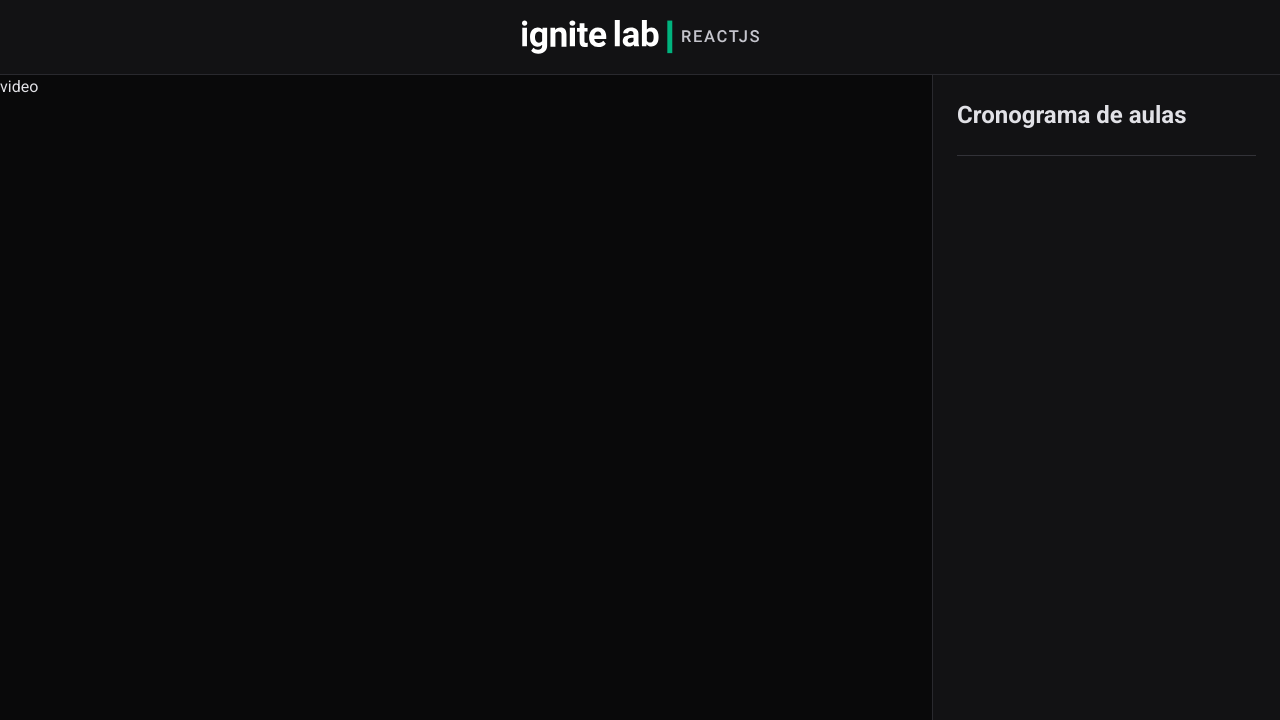
Repository: andynadvorny/event-platform
Page: /event
The author's editor kept a copy of each file at every save. The page is drawn from the files as they stood at one save, then again after the next save.
The browser window is 1280 px wide. The pictures show the whole page.
The project was rebuilt for these pictures with package versions that can differ from the ones it lists, and the page was loaded fresh each time. Also part of the build but not shown: vite.config.ts.

Above is the page before, as saved 2022-06-23 14:30:30.

### src/App.tsx
import { Event } from './pages/Event'

function App() {
  return (
    <Event />
  )
}

export default App

### src/lib/apollo.ts
import { ApolloClient, InMemoryCache } from "@apollo/client";

export const client = new ApolloClient({
  uri: 'https://api-sa-east-1.graphcms.com/v2/cl4q028zp2n6q01xs9d4d26wj/master',
  cache: new InMemoryCache()
});

### src/pages/Event.tsx
import { Header } from '../components/Header'
import { Sidebar } from '../components/Sidebar'
import { Video } from '../components/Video'

export function Event() {
  return (
    <div className="flex flex-col min-h-screen">
      <Header />
      <main className="flex flex-1">
        <Video />
        <Sidebar />
      </main>
    </div>
  )
}

### src/components/Sidebar.tsx
export function Sidebar() {
  return (
    <aside className="w-[348px] bg-gray-700 p-6 border-l border-gray-600">
      <span className="font-bold text-2xl pb-6 mb-6 border-b border-gray-500 block">
        Cronograma de aulas
      </span>
    </aside>
  )
}

### src/components/Video.tsx
export function Video() {
  return (
    <div className="flex-1">
      video
    </div>
  )
}

### src/components/Logo.tsx
export function Logo() {
  return (
    <svg
      xmlns="http://www.w3.org/2000/svg"
      width="237"
      height="34"
      fill="none"
      viewBox="0 0 237 34"
    >
      <path
        fill="#fff"
        d="M.002 3.112a2.49 2.49 0 01.165-.987c.12-.314.304-.595.535-.83A2.906 2.906 0 012.615.572c.698 0 1.374.257 1.912.723.23.24.412.524.536.837a2.701 2.701 0 010 1.979 2.568 2.568 0 01-.536.837 2.889 2.889 0 01-1.907.723 2.901 2.901 0 01-1.908-.723 2.458 2.458 0 01-.538-.84 2.645 2.645 0 01-.172-.996zm4.96 23.146H.273V7.862h4.689v18.397zM8.012 16.973c0-2.853.686-5.145 2.055-6.883a6.653 6.653 0 015.528-2.606 5.869 5.869 0 014.802 2.09l.2-1.751h4.538v17.95a7.891 7.891 0 01-1.12 4.246 7.243 7.243 0 01-3.147 2.752 11.155 11.155 0 01-4.742.94c-1.378 0-2.74-.279-4.008-.812a7.08 7.08 0 01-2.946-2.11l2.208-3.02a5.905 5.905 0 004.543 2.08 4.356 4.356 0 003.104-1.059 3.938 3.938 0 001.103-2.993v-.994a5.775 5.775 0 01-4.555 1.935 6.647 6.647 0 01-3.05-.652 6.615 6.615 0 01-2.408-1.967c-1.397-1.752-2.085-4.089-2.085-6.942v-.21h-.025l.005.006zm4.997.355a6.723 6.723 0 001.026 3.956 3.233 3.233 0 002.799 1.443c.651.045 1.3-.088 1.878-.39a3.52 3.52 0 001.396-1.305v-7.825a3.448 3.448 0 00-1.374-1.305 3.504 3.504 0 00-1.86-.39 3.28 3.28 0 00-1.61.365 3.22 3.22 0 00-1.219 1.103c-.688.975-1.036 2.418-1.036 4.348zM33.098 7.833l.158 2.196a6.527 6.527 0 012.371-1.927 6.38 6.38 0 012.971-.62c1.97 0 3.438.597 4.39 1.79.953 1.194 1.456 2.936 1.486 5.293v12.249h-4.962V14.683a3.367 3.367 0 00-.684-2.344 3.086 3.086 0 00-1.069-.598 3.008 3.008 0 00-1.211-.13 3.349 3.349 0 00-1.821.454c-.553.32-1.01.794-1.313 1.367v13.37H28.45V7.845l4.647-.012zM47.512 3.112a2.304 2.304 0 01.185-.988 2.42 2.42 0 01.59-.831A3.439 3.439 0 0150.404.57c.772 0 1.52.256 2.117.723.508.486.792 1.142.792 1.826 0 .683-.284 1.34-.792 1.826a3.417 3.417 0 01-2.11.723c-.77 0-1.517-.257-2.11-.723a2.47 2.47 0 01-.594-.839 2.342 2.342 0 01-.19-.994h-.005zm5.483 23.149h-5.18V7.86h5.18v18.4zM62.454 3.334v4.612h3.107v3.677h-3.107v9.382c-.05.53.091 1.063.395 1.495a1.824 1.824 0 001.473.45c.476.002.95-.035 1.421-.114v3.803a9.672 9.672 0 01-2.939.449c-3.398 0-5.128-1.775-5.19-5.32V11.644h-2.642V7.968h2.643V3.356h4.841v-.025l-.002.003zM76.487 27.08a9.277 9.277 0 01-6.759-2.55c-1.74-1.699-2.605-3.957-2.605-6.797v-.494a11.295 11.295 0 011.098-5.08 8.141 8.141 0 013.111-3.465 8.72 8.72 0 014.59-1.22c2.577 0 4.62.815 6.098 2.449 1.478 1.633 2.226 3.94 2.226 6.929v2.055h-12.01a4.665 4.665 0 001.473 2.971 4.487 4.487 0 003.111 1.111 5.426 5.426 0 004.548-2.115l2.476 2.781a7.506 7.506 0 01-3.07 2.507 9.81 9.81 0 01-4.287.916v.002zm-.594-15.514a3.127 3.127 0 00-2.428 1.012 5.405 5.405 0 00-1.188 2.912h7.006v-.405a3.749 3.749 0 00-.908-2.608 3.252 3.252 0 00-2.45-.908h-.03l-.002-.003zM97.771 26.259h-4.957V0h4.957V26.26zM112.209 26.259c-.227-.444-.392-.997-.496-1.659-1.196 1.333-2.751 2.002-4.666 2.002-1.811 0-3.314-.523-4.504-1.572-1.191-1.049-1.786-2.372-1.786-3.966 0-1.96.725-3.464 2.179-4.513 1.453-1.049 3.553-1.58 6.3-1.59h2.273v-1.06c0-.854-.22-1.54-.659-2.051-.44-.513-1.131-.77-2.078-.77-.832 0-1.486.2-1.957.6-.474.4-.708.945-.708 1.64h-4.941c0-1.07.331-2.062.992-2.973.662-.91 1.597-1.626 2.804-2.144 1.206-.518 2.564-.778 4.069-.778 2.28 0 4.089.573 5.429 1.718 1.34 1.145 2.009 2.756 2.009 4.83v8.017c.012 1.754.256 3.082.735 3.983v.29h-4.992l-.003-.004zm-4.086-3.435c.728 0 1.402-.163 2.016-.486.614-.326 1.071-.76 1.367-1.308v-3.181h-1.846c-2.472 0-3.79.854-3.948 2.564l-.017.291c0 .614.217 1.123.649 1.523.434.4 1.026.6 1.779.6v-.003zM136.58 17.183c0 2.963-.632 5.273-1.898 6.931-1.265 1.659-3.032 2.488-5.3 2.488-2.006 0-3.608-.77-4.805-2.308l-.222 1.967h-4.444V.001h4.94v9.418c1.14-1.332 2.638-2 4.496-2 2.256 0 4.025.828 5.308 2.487 1.283 1.658 1.923 3.992 1.923 7v.274l.002.003zm-4.94-.358c0-1.868-.296-3.233-.889-4.094-.592-.861-1.475-1.29-2.65-1.29-1.572 0-2.655.643-3.247 1.932v7.299c.604 1.298 1.697 1.95 3.282 1.95 1.584 0 2.643-.788 3.146-2.36.239-.752.358-1.897.358-3.437z"
      ></path>
      <path
        fill="#C4C4CC"
        d="M164.51 17.501h-2.283v4.53h-2.048v-11.78h4.143c1.36 0 2.408.306 3.149.915.74.61 1.108 1.493 1.108 2.648 0 .787-.19 1.449-.57 1.98-.38.532-.911.94-1.59 1.226l2.646 4.906v.106h-2.194l-2.364-4.531h.003zm-2.283-1.65h2.105c.691 0 1.229-.176 1.619-.524.39-.348.582-.824.582-1.429 0-.604-.18-1.12-.538-1.466-.358-.345-.893-.523-1.606-.533h-2.162V15.85zM179.066 16.773h-4.839v3.625h5.656v1.634h-7.704V10.25h7.648v1.65h-5.6v3.253h4.839v1.62zM189.803 19.29h-4.565l-.955 2.744h-2.127l4.452-11.783h1.836l4.459 11.783h-2.137l-.963-2.744zm-3.99-1.65h3.415l-1.707-4.89-1.708 4.89zM204.716 18.197c-.119 1.256-.583 2.238-1.392 2.941-.81.703-1.885 1.056-3.228 1.056-.938 0-1.764-.222-2.48-.668-.715-.445-1.266-1.079-1.656-1.898-.387-.82-.589-1.772-.607-2.858v-1.1c0-1.11.198-2.09.59-2.937.392-.846.96-1.5 1.695-1.96.736-.458 1.587-.688 2.554-.688 1.301 0 2.347.353 3.139 1.057.792.703 1.254 1.7 1.385 2.99h-2.039c-.096-.846-.343-1.458-.74-1.833-.397-.375-.977-.563-1.745-.563-.89 0-1.574.326-2.05.977-.479.652-.721 1.605-.733 2.863v1.044c0 1.273.227 2.245.683 2.917.457.668 1.123 1.004 2.004 1.004.805 0 1.409-.18 1.814-.543.405-.363.661-.962.77-1.804h2.038l-.002.003zM216.481 11.902h-3.674v10.132h-2.031V11.902h-3.642V10.25h9.347v1.65zM222.759 10.251h2.039v8.262c0 1.127-.353 2.023-1.057 2.687-.703.664-1.633.995-2.788.995-1.229 0-2.179-.311-2.848-.93-.669-.62-1.004-1.484-1.004-2.59h2.038c0 .627.156 1.096.467 1.412.31.316.76.474 1.347.474.55 0 .989-.183 1.315-.545.326-.366.489-.867.489-1.51V10.25h.002zM234.952 18.999c0-.518-.183-.918-.545-1.197-.363-.279-1.022-.563-1.972-.849-.95-.286-1.705-.604-2.265-.955-1.074-.674-1.612-1.555-1.612-2.638 0-.95.388-1.732 1.163-2.347.774-.614 1.779-.922 3.015-.922.819 0 1.55.15 2.194.454a3.597 3.597 0 011.513 1.29c.367.558.55 1.177.55 1.858h-2.038c0-.614-.193-1.095-.578-1.443-.385-.348-.938-.524-1.656-.524-.668 0-1.189.144-1.557.43-.37.286-.555.686-.555 1.197 0 .432.2.792.6 1.08.399.29 1.056.57 1.974.842.918.271 1.653.582 2.208.93.556.348.963.748 1.222 1.197.259.452.387.977.387 1.582 0 .982-.375 1.762-1.127 2.342-.753.58-1.775.87-3.063.87a5.755 5.755 0 01-2.352-.473c-.715-.316-1.27-.75-1.668-1.308-.397-.555-.594-1.204-.594-1.942h2.048c0 .669.222 1.187.664 1.555.441.367 1.075.55 1.902.55.713 0 1.246-.143 1.607-.432.357-.288.538-.671.538-1.145l-.003-.002z"
      ></path>
      <path fill="#00B37E" d="M150.271 33.146h-4.958V.57h4.958v32.576z"></path>
    </svg>
  );
}

### tailwind.config.js
/** @type {import('tailwindcss').Config} */
module.exports = {
  content: [
    './src/**/*.tsx'
  ],
  theme: {
    extend: {
      fontFamily: {
        sans: 'Roboto, sans-serif'
      },
      colors: {
        green: {
          300: '#00B37E',
          500: '#00875F',
          700: '#015F43',
        },
        blue: {
          500: '#81D8F7',
        },
        orange: {
          500: '#FBA94C',
        },
        red: {
          500: '#F75A68',
        },
        gray: {
          100: '#E1E1E6',
          200: '#C4C4CC',
          300: '#8D8D99',
          500: '#323238',
          600: '#29292E',
          700: '#121214',
          900: '#09090A'
        }
      }
    },
  },
  plugins: [],
}

### src/components/Lesson.tsx
export function Lesson() {
  return (
    <h1>lesson</h1>
  )
}

Loaded but not shown: index.html (common file); src/main.tsx (common file); src/styles/global.css (common file); src/components/Header.tsx (common file)

After the next save:
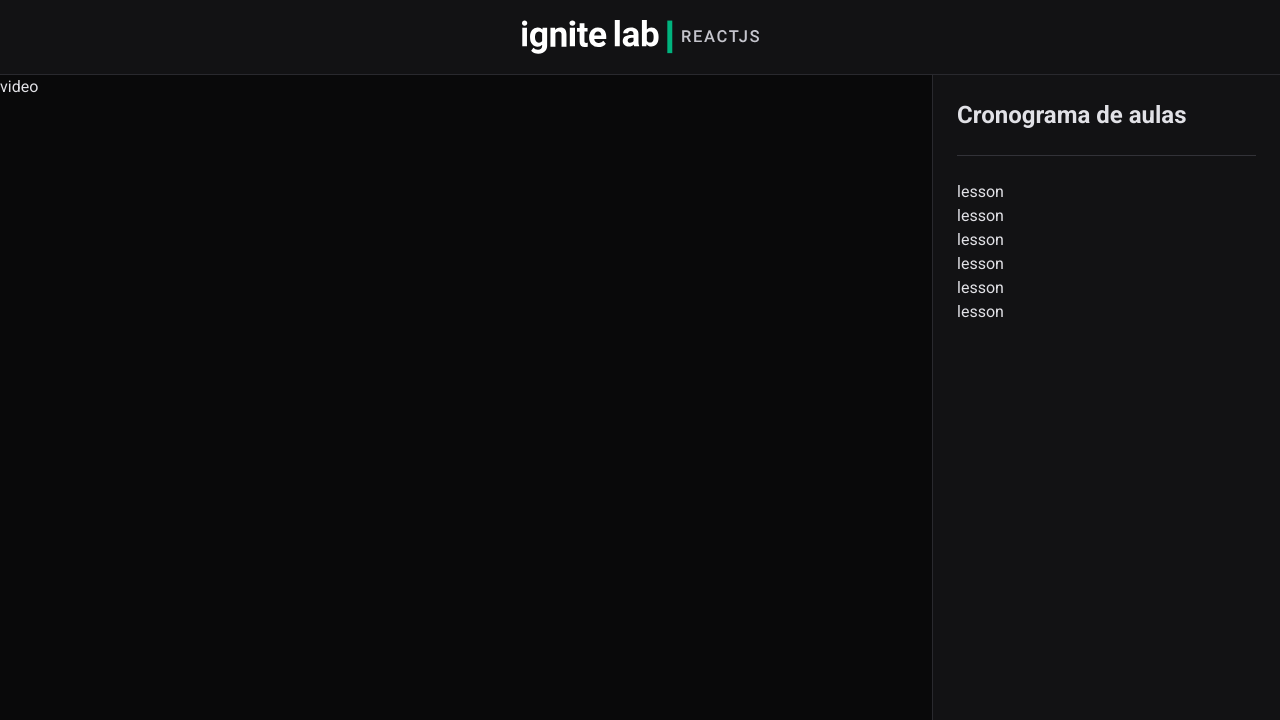
Saved 76 s later.
--- a/src/components/Sidebar.tsx
+++ b/src/components/Sidebar.tsx
@@ -1,9 +1,19 @@
+import { Lesson } from "./Lesson";
+
 export function Sidebar() {
   return (
     <aside className="w-[348px] bg-gray-700 p-6 border-l border-gray-600">
       <span className="font-bold text-2xl pb-6 mb-6 border-b border-gray-500 block">
         Cronograma de aulas
       </span>
+      <div>
+        <Lesson />
+        <Lesson />
+        <Lesson />
+        <Lesson />
+        <Lesson />
+        <Lesson />
+      </div>
     </aside>
   )
 }
